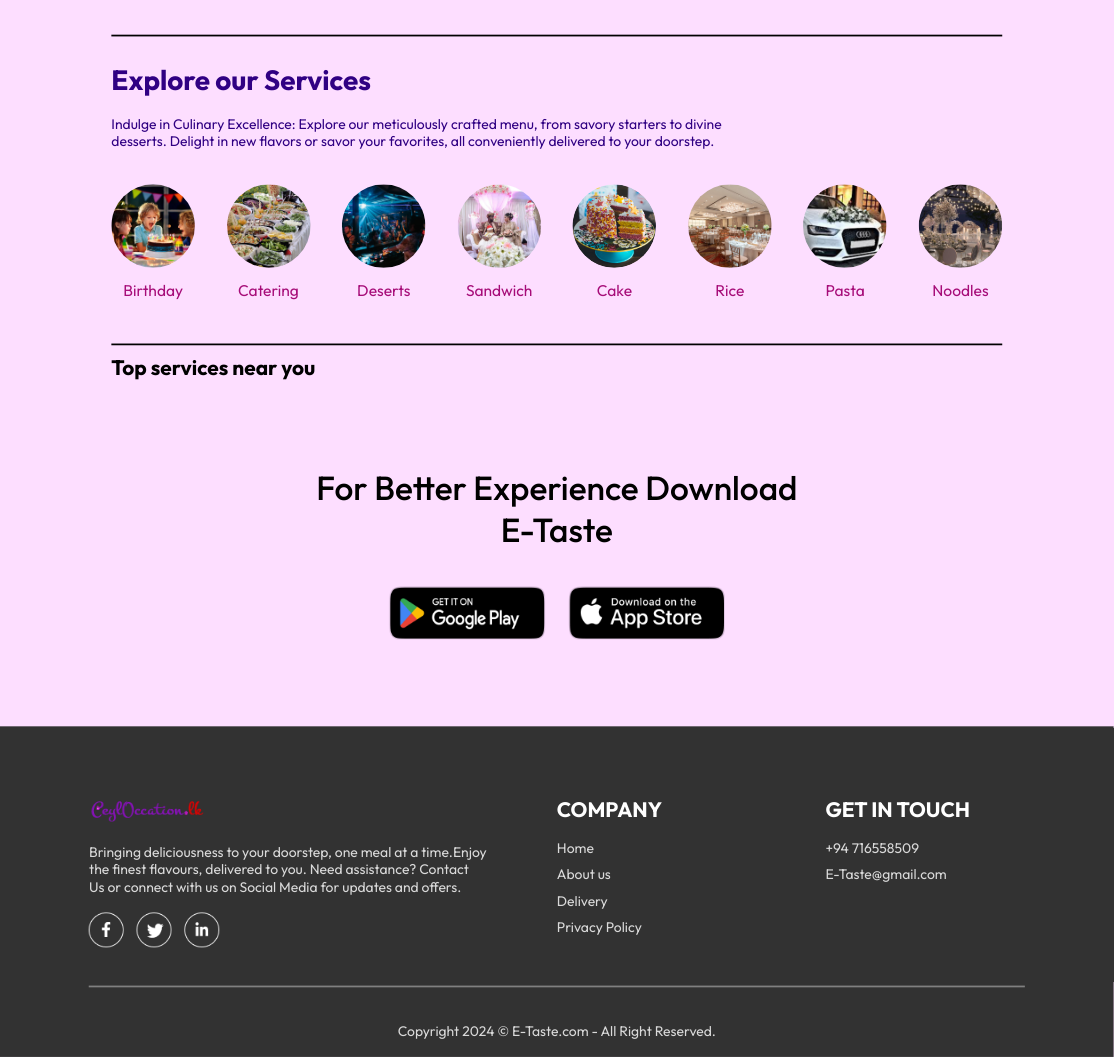
Repository: Abhiranda/Ceyloccation.lk
Page: / (app in frontend/)
These files come from the project's save history. The page is drawn as it stood at one moment and after the next save; the edit follows.
The browser window is 1280 px wide. The pictures show the part of the page from y = 624 to 1839 px (the page is 1839 px tall), at 87% of full size.
The page's requests for data from a server got no answer. The project was rebuilt for these pictures with package versions that can differ from the ones it lists, and the page was loaded fresh each time. No one was signed in, and anything a server would have sent is missing. Also part of the build but not shown: frontend/vite.config.js, frontend/src/pages/PlaceOrder/PlaceOrder.css, frontend/src/pages/PlaceOrder/PlaceOrder.jsx, frontend/src/components/ServiceDisplay/ServiceDisplay.css, frontend/src/components/ServiceItem/ServiceItem.css, frontend/src/components/ServiceItem/ServiceItem.jsx, frontend/src/pages/Cart/Cart.css, frontend/src/pages/Cart/Cart.jsx and 6 more.

Above is the page before, as saved 2024-06-07 13:59:52.

After the next save:
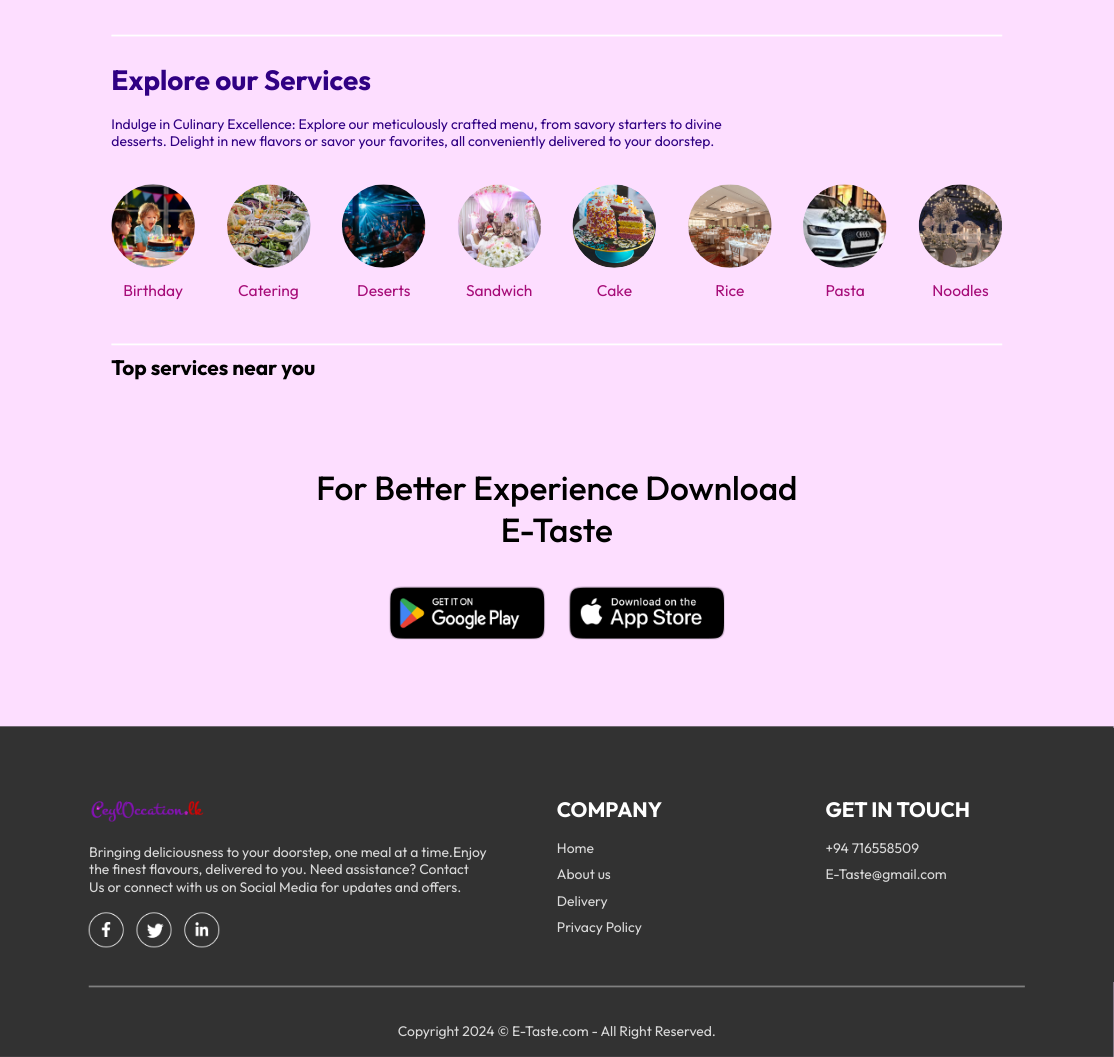
Saved 15 s later.
--- a/frontend/src/components/ExploreMenu/ExploreMenu.css
+++ b/frontend/src/components/ExploreMenu/ExploreMenu.css
@@ -49,7 +49,7 @@
 .explore-menu hr{
     margin: 10px 0px;
     height: 2px;
-    background-color: #000000;
+    background-color: #ffffff;
     border: none;
 }
 
